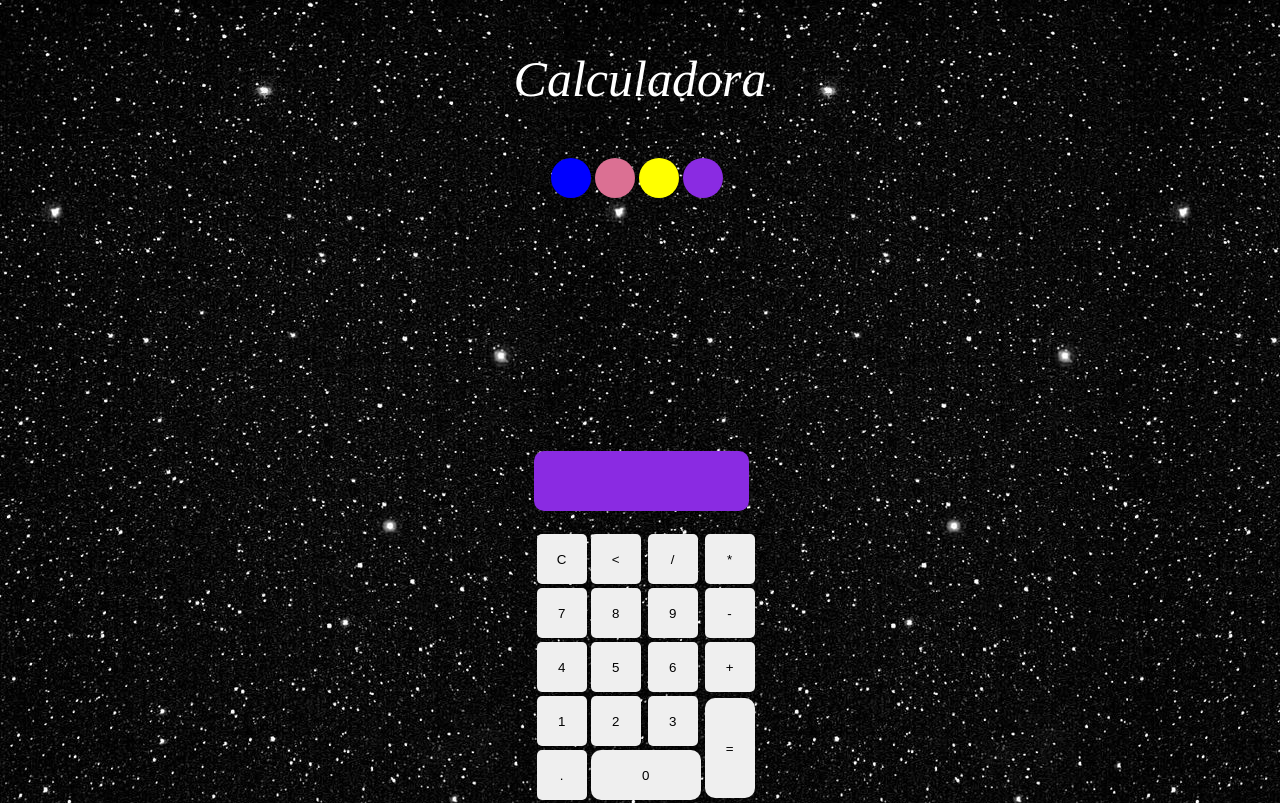
Repository: mariele-huff/calculadora
Page: index.html
These files come from the project's save history. The page is drawn as it stood at one moment and after the next save; the edit follows.
The browser window is 1280 px wide. The pictures show the whole page.

Above is the page before, as saved 2022-08-14 20:36:13.

### index.html
<!DOCTYPE html>
<html lang="pt-br">

<head>
    <meta charset="UTF-8">
    <meta http-equiv="X-UA-Compatible" content="IE=edge">
    <meta name="viewport" content="width=device-width, initial-scale=1.0">
    <link rel="stylesheet" href="style.css">
    <script src="index.js">

    </script>
    <title>Calculadora</title>
</head>

<body>

    <div class="frase"></div>
    <div class="calculadora">
        <p class="titulo">Calculadora</p>
        <div class="cores">
        <button class="corAzul"onclick="mudaCor()"></button>
        <button class="corRosa"onclick="mudaCor()"></button>
        <button class="corAmarelo"onclick="mudaCor()"></button>
        <button class="corRoxo"onclick="mudaCor()"></button>
        </div>
        <div id="resultado">  </div>
        <table>
            <tr>

                <td><button class="botao" onclick="limpar()">C</button></td>
                <td><button class="botao" onclick="voltar()"><</button>
                </td>
                <td><button class="botao" onclick="acrescenta('/')">/</button></td>
                <td><button class="botao" onclick="acrescenta('*')">*</button></td>
            </tr>
            <tr>
                <td><button class="botao" onclick="acrescenta('7')">7</button></td>
                <td><button class="botao" onclick="acrescenta('8')">8</button></td>
                <td><button class="botao" onclick="acrescenta('9')">9</button></td>
                <td><button class="botao" onclick="acrescenta('-')">-</button></td>
            </tr>
            <tr>
                <td><button class="botao" onclick="acrescenta('4')">4</button></td>
                <td><button class="botao" onclick="acrescenta('5')">5</button></td>
                <td><button class="botao" onclick="acrescenta('6')">6</button></td>
                <td><button class="botao" button onclick="acrescenta('+'), calcular()" >+</button>
                </td>
            </tr>
            <tr>
                <td><button class="botao" onclick="acrescenta('1')">1</button></td>
                <td><button class="botao" onclick="acrescenta('2')">2</button></td>
                <td><button class="botao" onclick="acrescenta('3')">3</button></td>
                <td rowspan="2"><button class="botao2" onclick="calcular()">=</button></td>
            </tr>
            <tr>

                <td> <button class="botao" onclick="acrescenta('.')">.</button></td>
                <td colspan="2"><button class="botao1" onclick="acrescenta('0')">0</button></td>
            </tr>
        </table>
    </div>

</body>

</html>

### style.css
body {
    background-image: url("img/fundo.jpg")
}

.titulo {
    color: white;
    text-align: center;
    font-size: 50px;
    font-style: italic;
}

.calculadora {
    width: 250px;
    height: 400px;
    margin-left: 40%;
    border: 5px black;
    border-radius: 10px;

}

.botao {
    height: 50px;
    width: 50px;
    border-width: inherit;
    border-radius: 5px;
    text-align: center;
}

.botao:hover {
    border-width: 2px;
    border-color: blueviolet;

}

.botao1:hover {
    border-width: 2px;
    border-color: blueviolet;

}

.botao2:hover {
    background-color: blueviolet;
    color:wheat;
}

.botao1 {
    height: 50px;
    width: 110px;
    border-radius: 10px;
    border-width: inherit;

}

.botao2 {
    height: 100px;
    width: 50px;
    border-radius: 10px;
    border-width: inherit;

}

#resultado {
    background-color: blueviolet;
    height: 60px;
    width: 215px;
    border-radius: 10px;
    border-width: 10px;
    border-color: blueviolet;
    color: white;
    font-size: 50px;
    margin-left: 20px;
    text-align: right;


}

table {
    margin-left: 20px;
    margin-top: 20px;
}
.cores{
    width: 100%;
    margin-bottom: 100%;
}
.corAzul{
    margin-left: 15%;
    border-radius: 100%;
    border: thin;
    height: 40px;
    width: 40px;
    background-color: blue;
    color:white

}

.corRosa{
    border-radius: 100%;
    border: thin;
    height: 40px;
    width: 40px;
    background-color: palevioletred;
    color:white

}

.corAmarelo{
    border-radius: 100%;
    border: thin;
    height: 40px;
    width: 40px;
    background-color: yellow;
    color:white
}
.corRoxo{
    border-radius: 100%;
    border: thin;
    height: 40px;
    width: 40px;
    background-color: blueviolet;
    color:white

}

### index.js

let acrescenta = (num) => {
    let numero = document.querySelector('#resultado').innerHTML
    document.querySelector('#resultado').innerHTML = numero + num
}
let limpar = () => {
    let resultado = document.querySelector('#resultado')
    resultado.innerHTML = " "
}

let voltar = () => {
    let resultado = document.querySelector('#resultado').innerHTML
    document.querySelector('#resultado').innerHTML = resultado.substring(0, resultado.length - 1)

}

let calcular = () => {

    let resultado = document.querySelector('#resultado').innerHTML
    if (resultado) {
    let aresult = document.querySelector('#resultado').innerHTML = eval(resultado)

}
}
let mudaCor = () => {
   document.getElementById('resultado').style.background = 'blue'
   }



let historico = () => {

let hist = document.createElement('div')
hist.style.width = '300px'
hist.style.height = '300px'
hist.style.marginLeft = '37%'
hist.style.marginTop = '100px'
hist.style.background='white'

document.body.appendChild(hist)



}

After the next save:
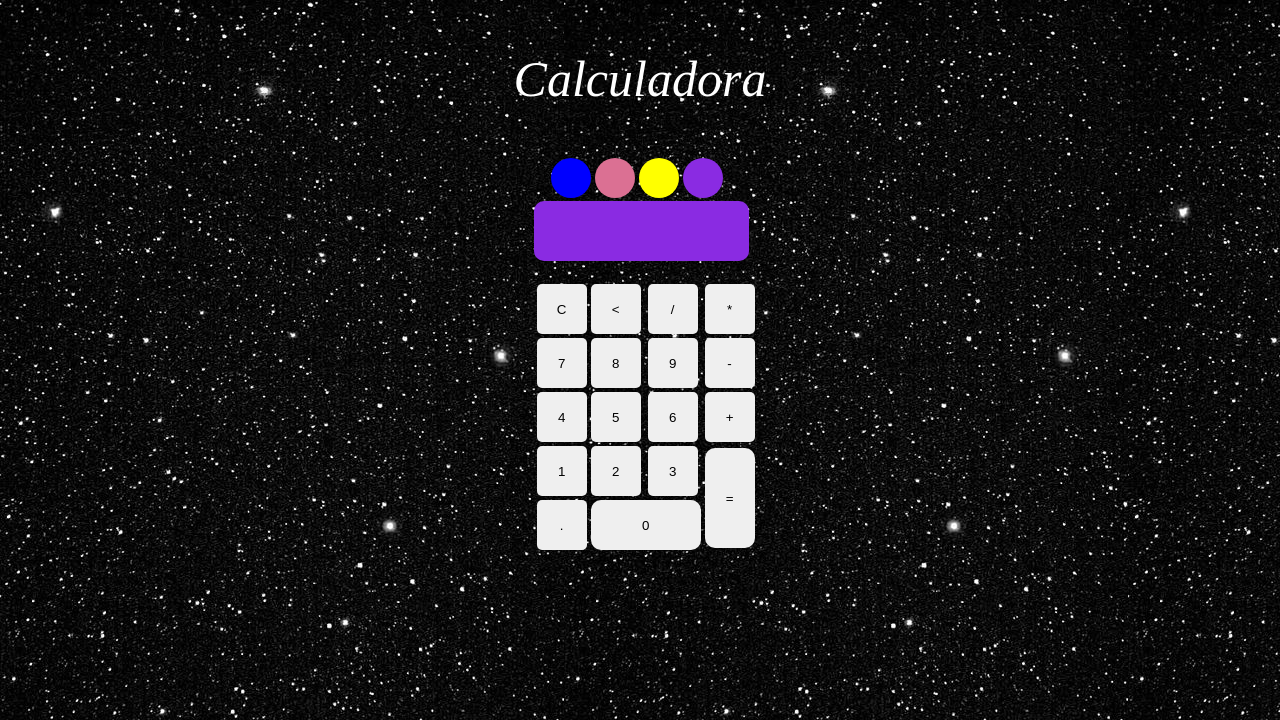
Saved 15 s later.
--- a/style.css
+++ b/style.css
@@ -80,7 +80,7 @@ table {
 }
 .cores{
     width: 100%;
-    margin-bottom: 100%;
+
 }
 .corAzul{
     margin-left: 15%;
